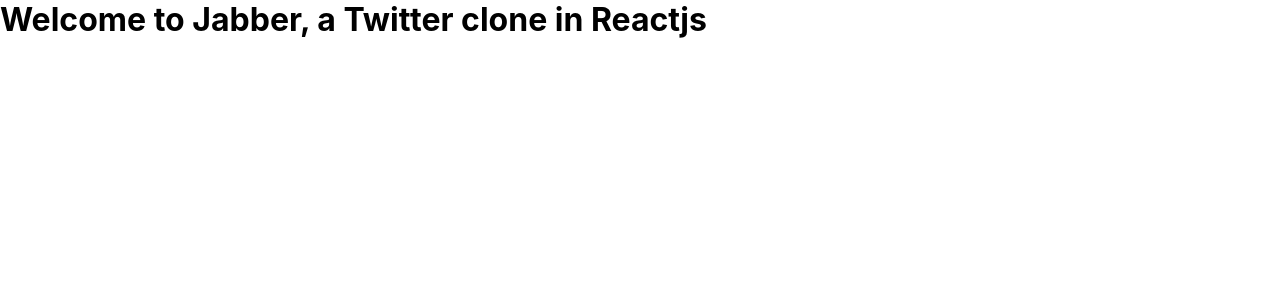
Repository: 61ZM07H36R3ML1N/Jabber
Page: / (app in jabber/)
The author's editor kept a copy of each file at every save. The page is drawn from the files as they stood at one save, then again after the next save.
The browser window is 1280 px wide. The pictures show the whole page.
The project was rebuilt for these pictures with package versions that can differ from the ones it lists, and the page was loaded fresh each time. Also part of the build but not shown: jabber/src/App.css.

Above is the page before, as saved 2022-11-08 21:45:54.

### jabber/src/App.js
import React from "react";
import Sidebar from './Sidebar';
import './App.css';

function App() {
  return (
    // BEM convention
    <div className="app">
      <h1>Welcome to Jabber, a Twitter clone in Reactjs</h1>

      {/* Sidebar */}
      <Sidebar />

      {/* Feed */}

      {/* Widgets */}
    </div>
  );
}

export default App;

### jabber/src/Sidebar.js
import React from 'react'

function Sidebar() {
    return (
        <div className='sidebar'>
            {/* Jabber icon */}

            {/* SidebarOption */}
            {/* SidebarOption */}
            {/* SidebarOption */}
            {/* SidebarOption */}
            {/* SidebarOption */}
            {/* SidebarOption */}

        </div>
    );
}

export default Sidebar;

Loaded but not shown: jabber/public/index.html (common file); jabber/src/index.js (common file); jabber/src/index.css (common file); jabber/src/reportWebVitals.js (common file)

After the next save:
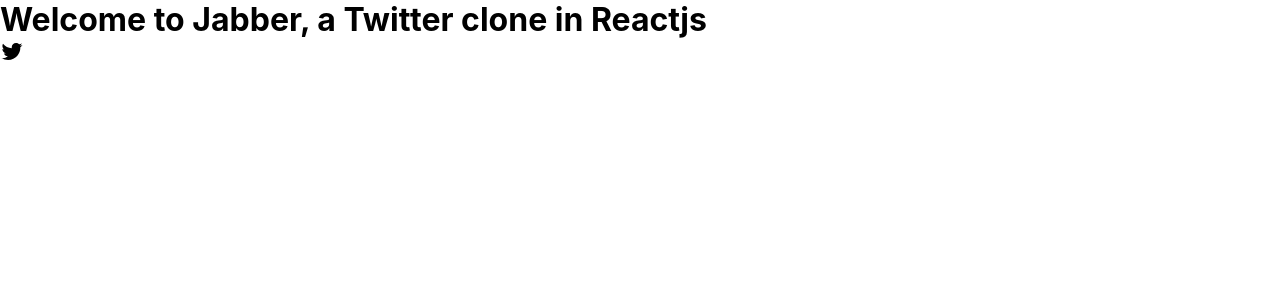
Saved 92 s later.
--- a/jabber/src/Sidebar.js
+++ b/jabber/src/Sidebar.js
@@ -1,18 +1,20 @@
 import React from 'react'
+import './Sidebar.css';
+import TwitterIcon from '@mui/icons-material/Twitter';
 
 function Sidebar() {
     return (
-        <div className='sidebar'>
-            {/* Jabber icon */}
+      <div className="sidebar">
+        {/* Jabber icon */}
+        <TwitterIcon />
 
-            {/* SidebarOption */}
-            {/* SidebarOption */}
-            {/* SidebarOption */}
-            {/* SidebarOption */}
-            {/* SidebarOption */}
-            {/* SidebarOption */}
-
-        </div>
+        {/* SidebarOption */}
+        {/* SidebarOption */}
+        {/* SidebarOption */}
+        {/* SidebarOption */}
+        {/* SidebarOption */}
+        {/* SidebarOption */}
+      </div>
     );
 }
 
